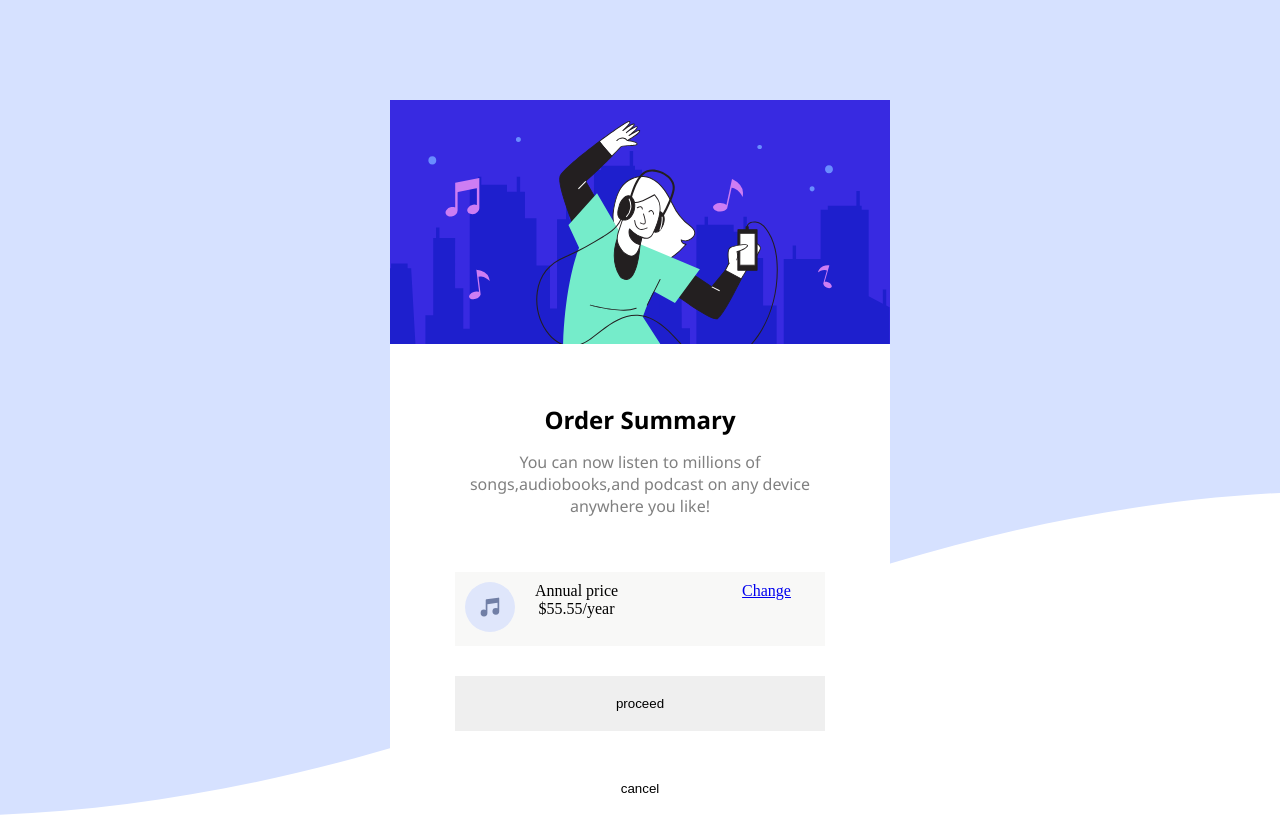
Repository: Eugene44-hub/newbie-project
Page: index.html
These files come from the project's save history. The page is drawn as it stood at one moment and after the next save; the edit follows.
The browser window is 1280 px wide. The pictures show the whole page.

Above is the page before, as saved 2021-08-29 04:02:34.

After the next save:
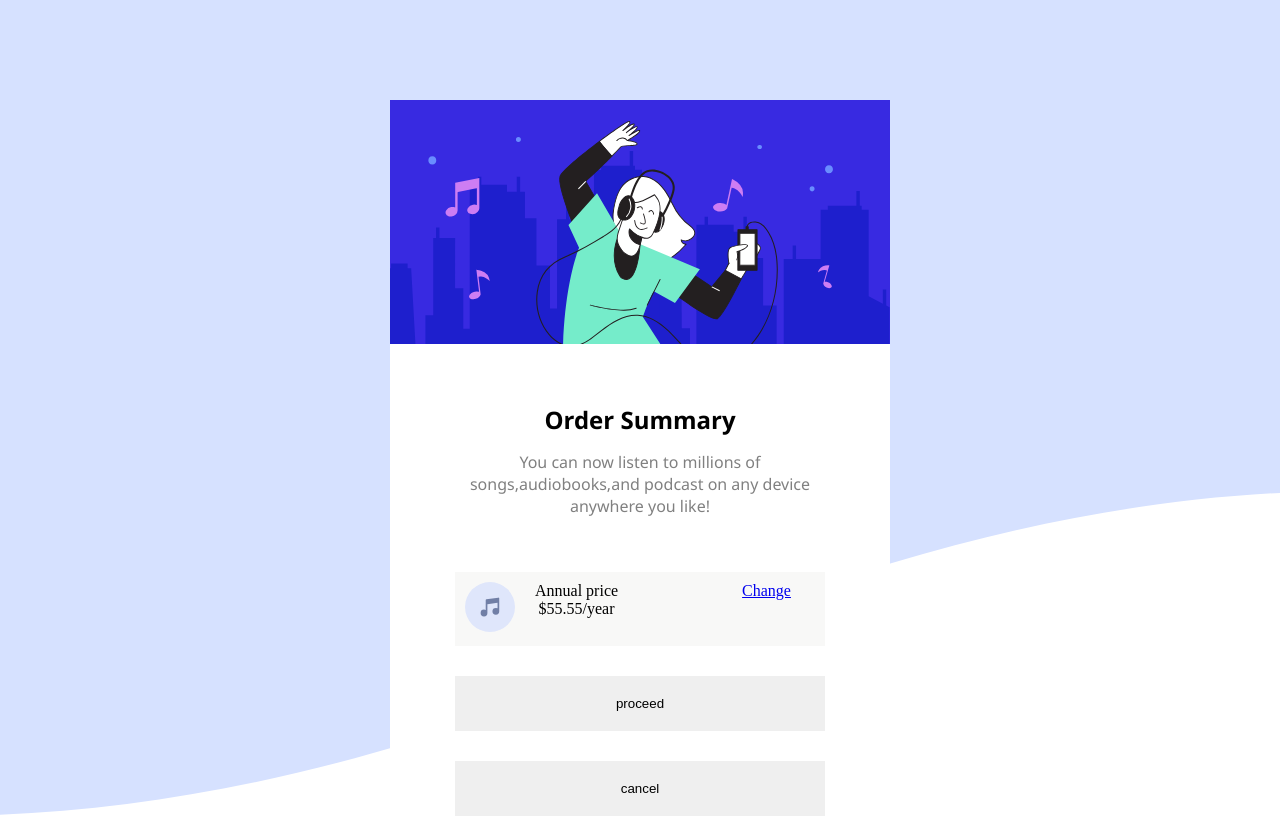
Saved 30 s later.
--- a/style.css
+++ b/style.css
@@ -82,9 +82,7 @@
     margin-top: 30px;
 }
 
-#cancel {
-    background-color: white;
-}
+#cancel {}
 
 #proceed {
     background-color: white;

After the save that followed:
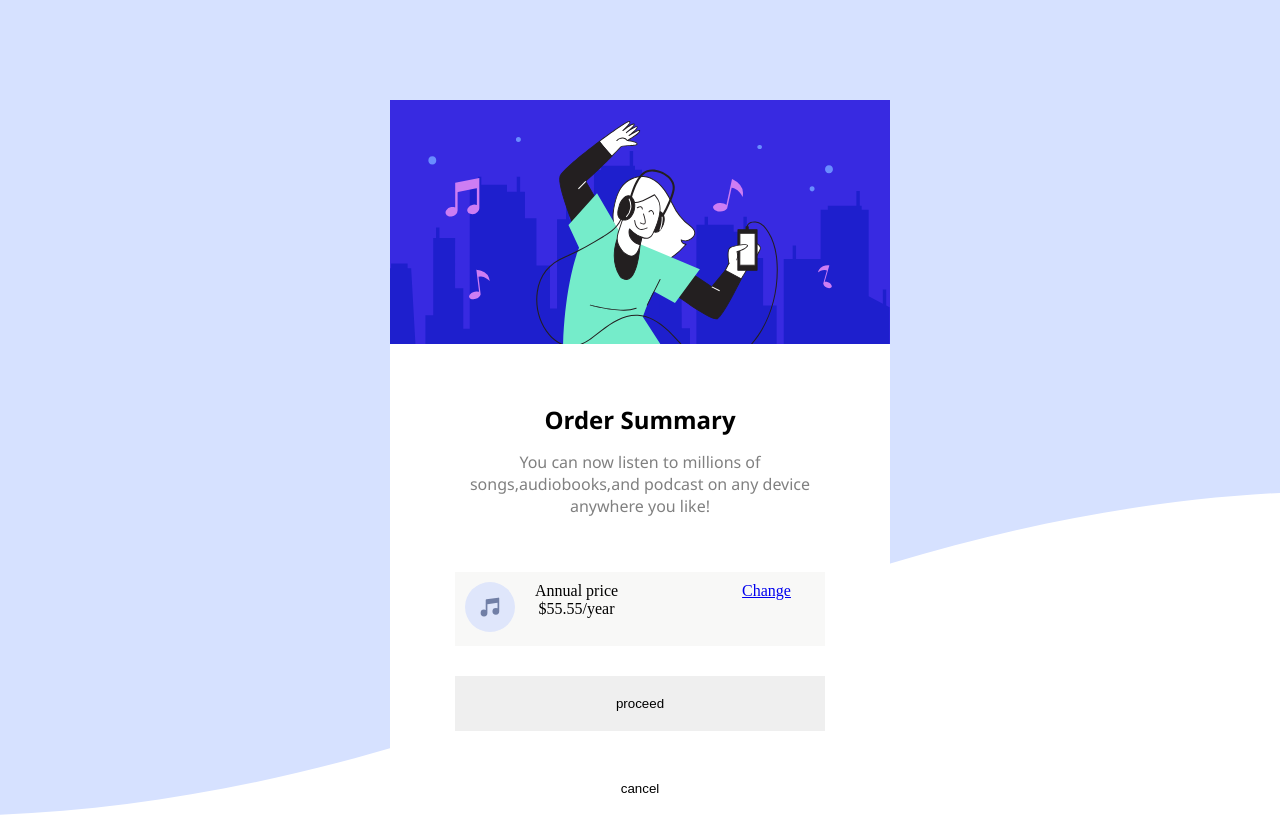
Saved 4 s later.
--- a/style.css
+++ b/style.css
@@ -82,7 +82,9 @@
     margin-top: 30px;
 }
 
-#cancel {}
+#cancel {
+    background-color: white;
+}
 
 #proceed {
     background-color: white;
